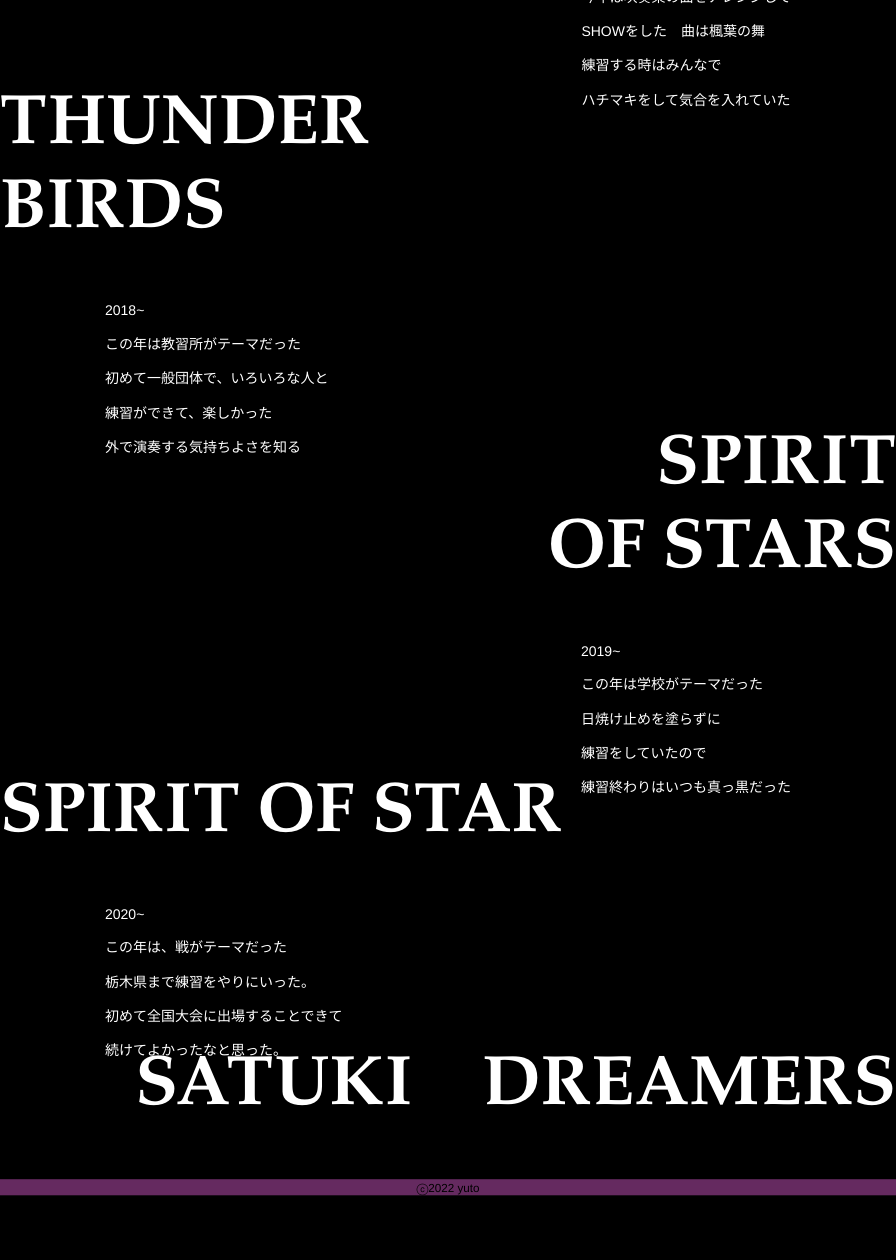
Repository: yutosoma/profile
Page: yuto/marching.html
The author's editor kept a record of every edit. The page is drawn from the files as they stood at one moment, then again after the next edit.
The browser window is 1280 px wide. The pictures show the part of the page from y = 1912 to 3832 px (the page is 3712 px tall before and 3832 px after), at 70% of full size.

Above is the page before.
Console error: TypeError: Cannot read properties of null (reading 'addEventListener')

After the next edit:
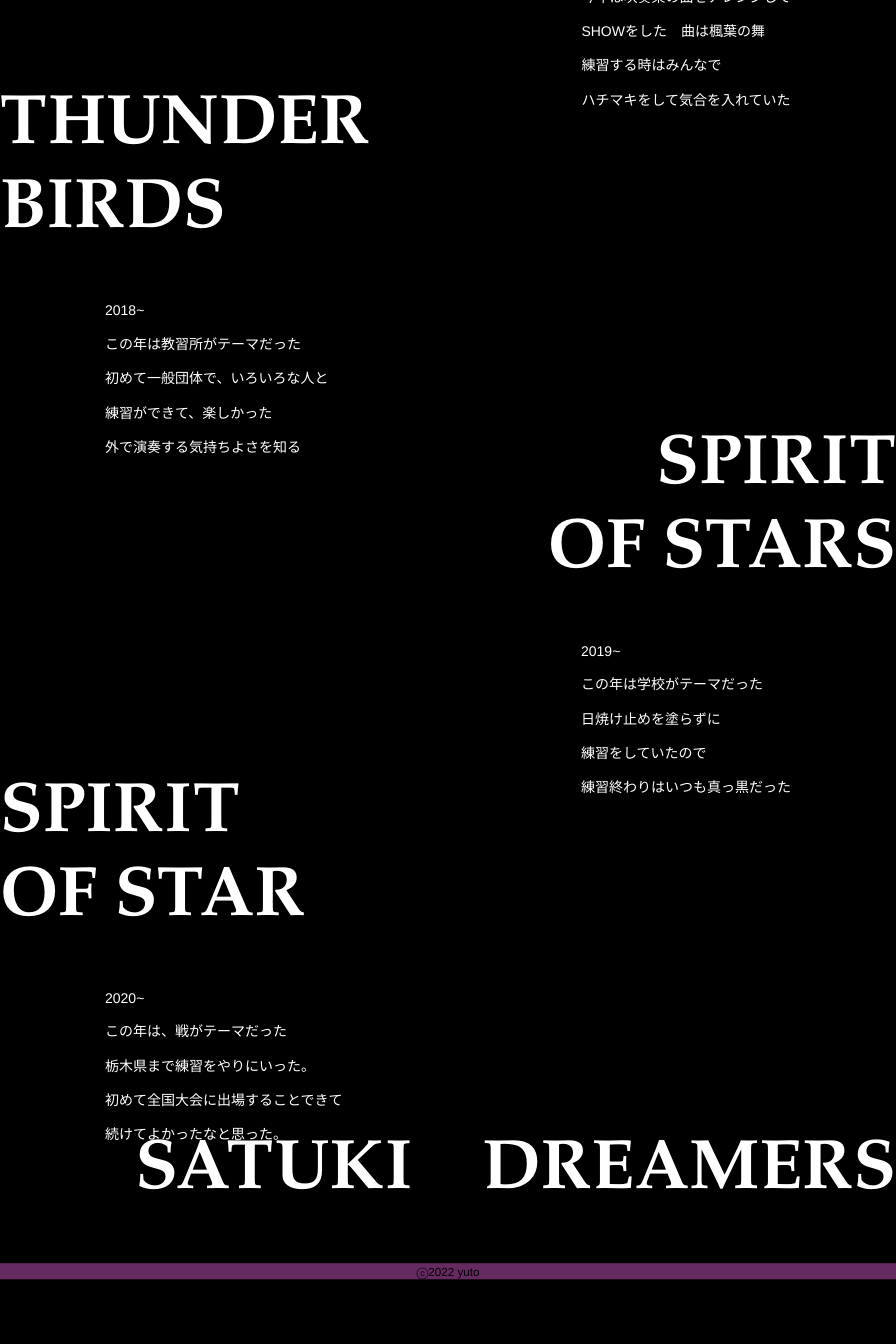
The edit:
--- a/yuto/marching.html
+++ b/yuto/marching.html
@@ -66,7 +66,7 @@
            <P>練習終わりはいつも真っ黒だった</P>
          </div>
    </div>
-   <h3 class="left">SPIRIT OF STAR</h3>
+   <h3 class="left">SPIRIT<span class="br"></span> OF STAR</h3>
    <div class ="top-container-right">
          <div class="explanation-right">
           <P>2020~</P>
